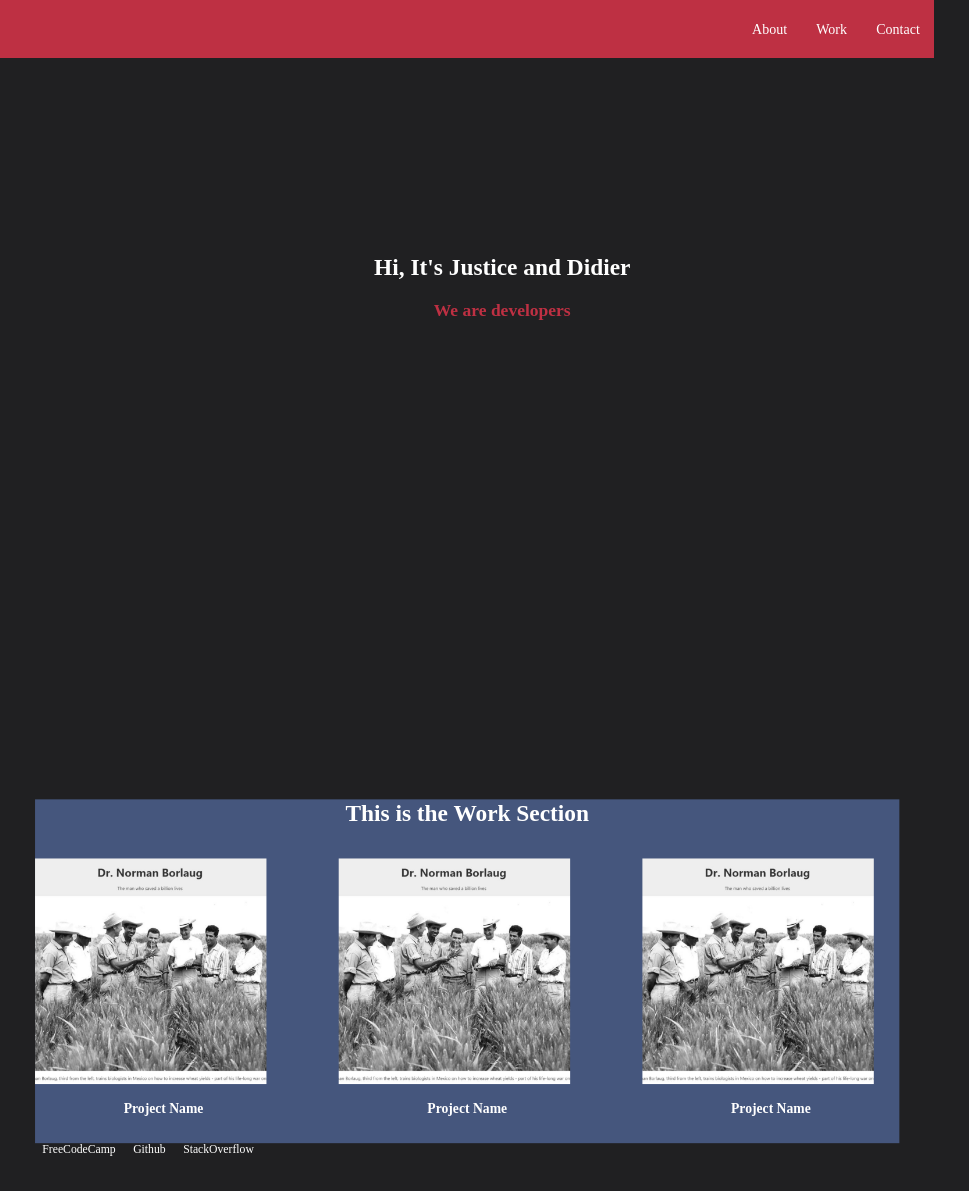
Repository: justicebhekani88/microverse_portfolio_project
Page: index.html
These files come from the project's save history. The page is drawn as it stood at one moment and after the next save; the edit follows.
The browser window is 1280 px wide. The page is 1328 px wide, then 1298 px, so the pictures cover 1328 px, including what lies to the right of the window. The pictures show the whole page, at 73% of full size.

Above is the page before, as saved 2022-07-21 15:27:27.

After the next save:
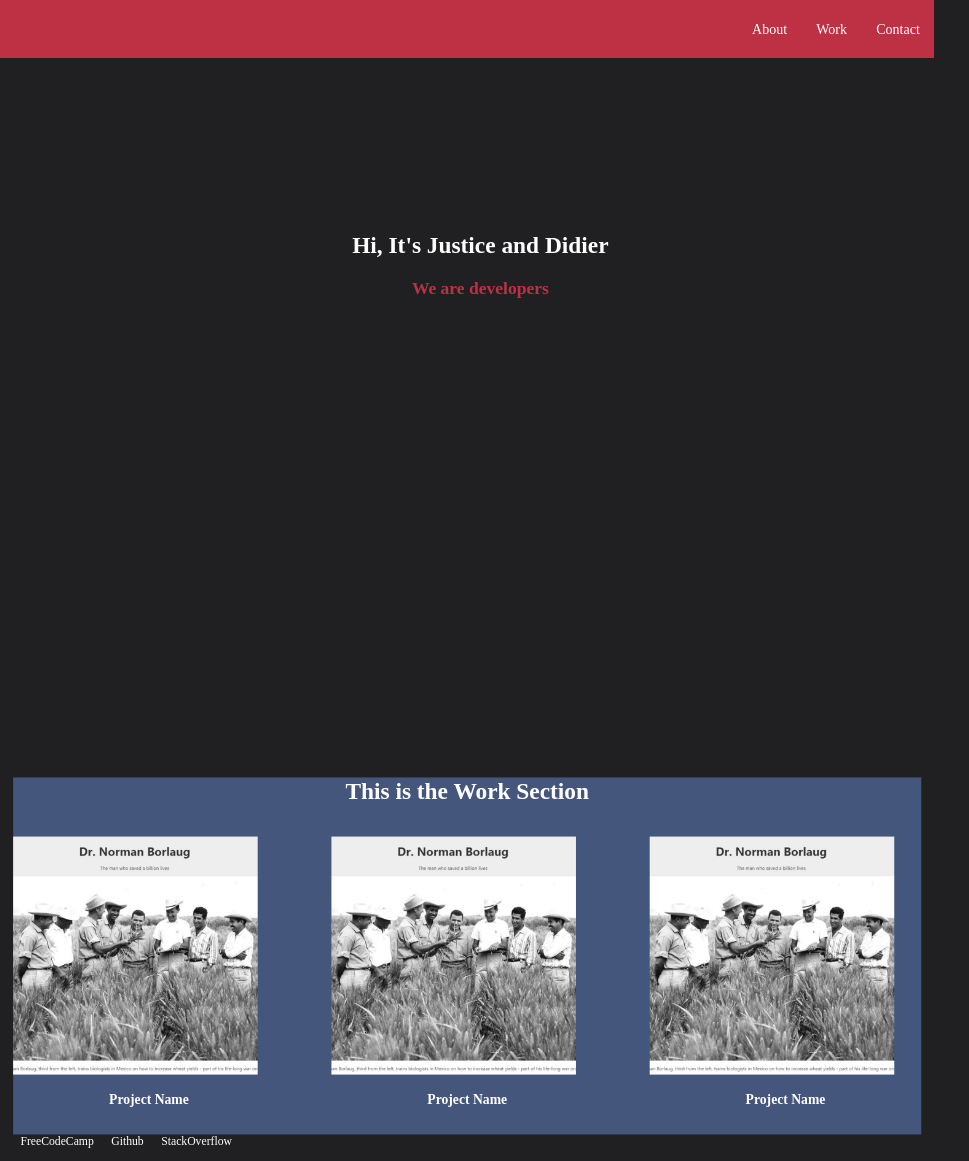
Saved 11 s later.
--- a/style.css
+++ b/style.css
@@ -77,7 +77,7 @@ img {
 
 @media only screen and (min-width: 1280px) {
     #main {
-        padding: 40px;
+
     }
     nav {
         font-size: larger;
